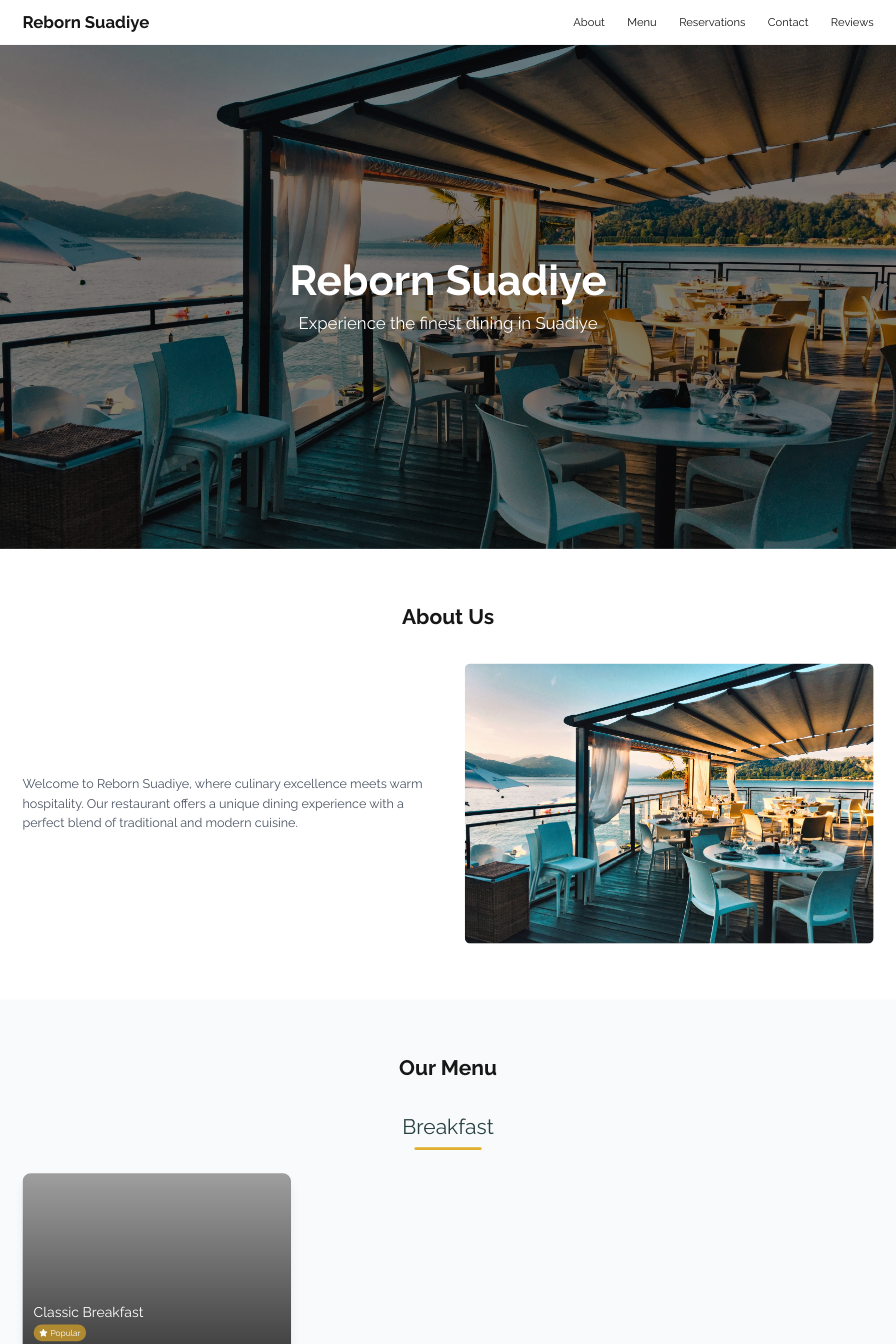
Repository: burakdemirrr/restaurant-website
Page: /
An editor plug-in stored every save of this project. The page is shown before and after the next save, followed by the edit.
The browser window is 1280 px wide. The pictures show the part of the page from y = 0 to 1920 px (the page is 5336 px tall before and 5489 px after), at 70% of full size.
Pictures or frames that could not be fetched are drawn as grey boxes. The page's requests for data from a server got no answer. The project was rebuilt for these pictures with package versions that can differ from the ones it lists, and the page was loaded fresh each time. The framework's server and built-in components were replaced by stand-ins that run in the browser. No one was signed in, and anything a server would have sent is missing. Also part of the build but not shown: next.config.ts.

Above is the page before, as saved 2025-01-06 14:45:18.

### src/app/layout.tsx
import type { Metadata } from "next";
import { Cormorant_Garamond, Raleway } from "next/font/google";
import "./globals.css";
import MobileNav from "@/components/MobileNav";

const cormorant = Cormorant_Garamond({
  subsets: ["latin"],
  variable: '--font-display',
  display: 'swap',
  weight: ['300', '400', '500', '600', '700'],
});

const raleway = Raleway({
  subsets: ["latin"],
  variable: '--font-sans',
  display: 'swap',
  weight: ['300', '400', '500', '600', '700'],
});

export const metadata: Metadata = {
  title: "Reborn Suadiye - Restaurant & Cafe",
  description: "Experience the finest dining at Reborn Suadiye. Make your reservations online and enjoy our delicious menu.",
};

export default function RootLayout({
  children,
}: {
  children: React.ReactNode
}) {
  return (
    <html lang="en" className={`scroll-smooth ${cormorant.variable} ${raleway.variable}`}>
      <body className={`${raleway.className} antialiased`}>
        <nav className="fixed top-0 w-full bg-white/90 backdrop-blur-sm z-50 shadow-sm transition-all duration-500 hover:bg-white">
          <div className="max-w-7xl mx-auto px-4 sm:px-6 lg:px-8">
            <div className="flex justify-between h-16">
              <div className="flex items-center">
                <a href="/" className="text-2xl font-bold font-display hover:text-gold-500 transition-all duration-300 hover:scale-105">
                  Reborn Suadiye
                </a>
              </div>
              <div className="hidden sm:flex sm:items-center sm:space-x-8">
                <a href="#about" className="hover:text-gold-500 transition-all duration-300 hover:-translate-y-1">About</a>
                <a href="#menu" className="hover:text-gold-500 transition-all duration-300 hover:-translate-y-1">Menu</a>
                <a href="#reservations" className="hover:text-gold-500 transition-all duration-300 hover:-translate-y-1">Reservations</a>
                <a href="#contact" className="hover:text-gold-500 transition-all duration-300 hover:-translate-y-1">Contact</a>
                <a href="#reviews" className="hover:text-gold-500 transition-all duration-300 hover:-translate-y-1">Reviews</a>
              </div>
              <MobileNav />
            </div>
          </div>
        </nav>
        <main className="pt-16">
          {children}
        </main>
        <footer className="bg-primary-900 text-white py-12">
          <div className="max-w-7xl mx-auto px-4 sm:px-6 lg:px-8">
            <div className="flex flex-col md:flex-row justify-between items-center">
              <div className="mb-8 md:mb-0 text-center md:text-left">
                <h3 className="text-3xl font-bold font-display mb-2">Reborn Suadiye</h3>
                <p className="text-primary-200 font-light">Experience the finest dining</p>
              </div>
              <div className="flex space-x-8">
                <a
                  href="https://instagram.com/reborn.suadiye"
                  target="_blank"
                  rel="noopener noreferrer"
                  className="text-primary-200 hover:text-gold-300 transition-all duration-300 hover:-translate-y-1"
                >
                  Instagram
                </a>
                <a
                  href="#contact"
                  className="text-primary-200 hover:text-gold-300 transition-all duration-300 hover:-translate-y-1"
                >
                  Contact
                </a>
              </div>
            </div>
          </div>
        </footer>
      </body>
    </html>
  );
}

### src/components/MobileNav.tsx
'use client'

import React, { useState } from 'react'
import { FaBars, FaTimes } from 'react-icons/fa'

export default function MobileNav() {
  const [isOpen, setIsOpen] = useState(false)

  const toggleMenu = () => {
    setIsOpen(!isOpen)
  }

  return (
    <div className="sm:hidden">
      <button
        onClick={toggleMenu}
        className="p-2 text-gray-600 hover:text-gray-900 focus:outline-none"
      >
        {isOpen ? <FaTimes size={24} /> : <FaBars size={24} />}
      </button>

      {isOpen && (
        <div className="absolute top-16 left-0 right-0 bg-white shadow-lg py-2">
          <a
            href="#about"
            className="block px-4 py-2 text-gray-800 hover:bg-gray-100"
            onClick={toggleMenu}
          >
            About
          </a>
          <a
            href="#menu"
            className="block px-4 py-2 text-gray-800 hover:bg-gray-100"
            onClick={toggleMenu}
          >
            Menu
          </a>
          <a
            href="#reservations"
            className="block px-4 py-2 text-gray-800 hover:bg-gray-100"
            onClick={toggleMenu}
          >
            Reservations
          </a>
          <a
            href="#contact"
            className="block px-4 py-2 text-gray-800 hover:bg-gray-100"
            onClick={toggleMenu}
          >
            Contact
          </a>
          <a
            href="#reviews"
            className="block px-4 py-2 text-gray-800 hover:bg-gray-100"
            onClick={toggleMenu}
          >
            Reviews
          </a>
        </div>
      )}
    </div>
  )
}

### src/components/Menu.tsx
import React from 'react'
import Image from 'next/image'
import { FaLeaf, FaFire, FaStar } from 'react-icons/fa'

interface MenuItem {
  id: number
  name: string
  description: string
  price: string
  category: string
  image: string
  isSpicy?: boolean
  isVegetarian?: boolean
  isPopular?: boolean
}

const menuItems: MenuItem[] = [
  {
    id: 1,
    name: 'Classic Breakfast',
    description: 'Eggs, bacon, toast, and potatoes',
    price: '₺150',
    category: 'Breakfast',
    image: '/menu/breakfast.jpg',
    isPopular: true
  },
  {
    id: 2,
    name: 'Grilled Salmon',
    description: 'Fresh salmon with seasonal vegetables',
    price: '₺450',
    category: 'Main Course',
    image: '/menu/salmon.jpg',
    isPopular: true
  },
  {
    id: 3,
    name: 'Caesar Salad',
    description: 'Romaine lettuce, croutons, parmesan cheese',
    price: '₺180',
    category: 'Salads',
    image: '/menu/salad.jpg',
    isVegetarian: true
  },
  // Add more menu items as needed
]

const categories = Array.from(new Set(menuItems.map(item => item.category)))

export default function Menu() {
  return (
    <div className="w-full">
      {categories.map((category, categoryIndex) => (
        <div
          key={category}
          className="mb-16 animate-fade-in"
          style={{ animationDelay: `${categoryIndex * 0.3}s` }}
        >
          <h3 className="text-3xl font-display text-center text-primary-800 mb-12 relative">
            <span className="relative">
              {category}
              <div className="absolute -bottom-4 left-1/2 transform -translate-x-1/2 w-24 h-1 bg-gold-400 rounded-full" />
            </span>
          </h3>
          <div className="grid grid-cols-1 md:grid-cols-2 lg:grid-cols-3 gap-8">
            {menuItems
              .filter(item => item.category === category)
              .map((item, index) => (
                <div
                  key={item.id}
                  className="group bg-white rounded-xl shadow-lg overflow-hidden hover:shadow-xl transition-all duration-500 transform hover:-translate-y-2 animate-scale-up"
                  style={{ animationDelay: `${(categoryIndex * 0.3) + (index * 0.15)}s` }}
                >
                  <div className="relative h-64">
                    <Image
                      src={item.image}
                      alt={item.name}
                      fill
                      className="object-cover transition-transform duration-500 group-hover:scale-110"
                    />
                    <div className="absolute inset-0 bg-gradient-to-t from-black/60 to-transparent" />
                    <div className="absolute bottom-4 left-4 right-4">
                      <h4 className="text-xl font-display text-white mb-1">{item.name}</h4>
                      <div className="flex items-center space-x-2">
                        {item.isVegetarian && (
                          <span className="bg-green-500/80 text-white text-xs px-2 py-1 rounded-full flex items-center">
                            <FaLeaf className="mr-1" /> Vegetarian
                          </span>
                        )}
                        {item.isSpicy && (
                          <span className="bg-red-500/80 text-white text-xs px-2 py-1 rounded-full flex items-center">
                            <FaFire className="mr-1" /> Spicy
                          </span>
                        )}
                        {item.isPopular && (
                          <span className="bg-gold-500/80 text-white text-xs px-2 py-1 rounded-full flex items-center">
                            <FaStar className="mr-1" /> Popular
                          </span>
                        )}
                      </div>
                    </div>
                  </div>
                  <div className="p-6">
                    <p className="text-gray-600 mb-4">{item.description}</p>
                    <div className="flex justify-between items-center">
                      <span className="text-2xl font-display text-primary-800">{item.price}</span>
                      <button className="bg-gold-500 text-white px-4 py-2 rounded-lg transform transition-transform hover:scale-105 active:scale-95">
                        Order Now
                      </button>
                    </div>
                  </div>
                </div>
              ))}
          </div>
        </div>
      ))}
    </div>
  )
}

### src/components/GoogleReviews.tsx
import React from 'react'
import { FaStar, FaStarHalf } from 'react-icons/fa'

interface Review {
  id: number
  author: string
  rating: number
  text: string
  date: string
}

const reviews: Review[] = [
  {
    id: 1,
    author: 'Ahmet Y.',
    rating: 5,
    text: 'Harika bir mekan! Kahvaltısı özellikle muhteşem. Servis ve ambiyans da çok iyi.',
    date: '2024-01-01'
  },
  {
    id: 2,
    author: 'Ayşe K.',
    rating: 4.5,
    text: 'Bağdat Caddesinin en iyi restoranlarından biri. Levrek çok lezzetliydi.',
    date: '2023-12-25'
  },
  {
    id: 3,
    author: 'Mehmet S.',
    rating: 5,
    text: 'Künefesi için bile gidilir. Servis hızlı ve personel çok ilgili.',
    date: '2023-12-20'
  }
]

function RatingStars({ rating }: { rating: number }) {
  const fullStars = Math.floor(rating)
  const hasHalfStar = rating % 1 !== 0

  return (
    <div className="flex text-gold-400">
      {[...Array(fullStars)].map((_, i) => (
        <FaStar key={i} className="transform hover:scale-125 transition-transform duration-300" />
      ))}
      {hasHalfStar && <FaStarHalf className="transform hover:scale-125 transition-transform duration-300" />}
    </div>
  )
}

export default function GoogleReviews() {
  return (
    <div className="grid grid-cols-1 md:grid-cols-2 lg:grid-cols-3 gap-8">
      {reviews.map((review, index) => (
        <div
          key={review.id}
          className="bg-white p-8 rounded-lg shadow-lg hover:shadow-xl transition-all duration-500 transform hover:-translate-y-2 animate-scale-up"
          style={{ animationDelay: `${index * 0.2}s` }}
        >
          <div className="flex items-center justify-between mb-6">
            <h3 className="text-xl font-semibold font-display text-primary-900">{review.author}</h3>
            <RatingStars rating={review.rating} />
          </div>
          <div className="relative">
            <p className="text-gray-600 mb-6 line-clamp-3 hover:line-clamp-none transition-all duration-500 text-lg">
              "{review.text}"
            </p>
            <div className="absolute bottom-0 left-0 right-0 h-8 bg-gradient-to-t from-white pointer-events-none" />
          </div>
          <p className="text-sm text-gold-600 font-medium">
            {new Date(review.date).toLocaleDateString('tr-TR', {
              year: 'numeric',
              month: 'long',
              day: 'numeric'
            })}
          </p>
          <div className="absolute top-0 right-0 w-16 h-16 bg-gold-100 rounded-bl-full -z-10 transform rotate-in"
               style={{ animationDelay: `${index * 0.2 + 0.3}s` }} />
        </div>
      ))}
    </div>
  )
}

### tailwind.config.ts
import type { Config } from "tailwindcss";

const config: Config = {
  content: [
    "./src/pages/**/*.{js,ts,jsx,tsx,mdx}",
    "./src/components/**/*.{js,ts,jsx,tsx,mdx}",
    "./src/app/**/*.{js,ts,jsx,tsx,mdx}",
  ],
  theme: {
    extend: {
      colors: {
        primary: {
          50: '#f4f9f9',
          100: '#dcedee',
          200: '#bcd8d9',
          300: '#8ebabb',
          400: '#649798',
          500: '#45787a',
          600: '#366163',
          700: '#2d4f51',
          800: '#284142',
          900: '#233738',
        },
        gold: {
          50: '#fbf7e4',
          100: '#f5ecbb',
          200: '#eed88d',
          300: '#e7c35f',
          400: '#e0af31',
          500: '#c99a2a',
          600: '#9d7720',
          700: '#725618',
          800: '#463510',
          900: '#1b1408',
        }
      },
      fontFamily: {
        display: ['var(--font-playfair)'],
        sans: ['var(--font-montserrat)'],
      },
      animation: {
        'fade-in': 'fadeIn 0.8s ease-out',
        'slide-up': 'slideUp 0.8s ease-out',
        'slide-down': 'slideDown 0.5s ease-out',
        'scale-up': 'scaleUp 0.5s ease-out',
        'bounce-in': 'bounceIn 0.8s cubic-bezier(0.36, 0, 0.66, -0.56)',
        'rotate-in': 'rotateIn 0.8s ease-out',
      },
      keyframes: {
        fadeIn: {
          '0%': { opacity: '0' },
          '100%': { opacity: '1' },
        },
        slideUp: {
          '0%': { transform: 'translateY(30px)', opacity: '0' },
          '100%': { transform: 'translateY(0)', opacity: '1' },
        },
        slideDown: {
          '0%': { transform: 'translateY(-30px)', opacity: '0' },
          '100%': { transform: 'translateY(0)', opacity: '1' },
        },
        scaleUp: {
          '0%': { transform: 'scale(0.8)', opacity: '0' },
          '100%': { transform: 'scale(1)', opacity: '1' },
        },
        bounceIn: {
          '0%': { transform: 'scale(0.3)', opacity: '0' },
          '50%': { transform: 'scale(1.05)' },
          '70%': { transform: 'scale(0.9)' },
          '100%': { transform: 'scale(1)', opacity: '1' },
        },
        rotateIn: {
          '0%': { transform: 'rotate(-180deg) scale(0)', opacity: '0' },
          '100%': { transform: 'rotate(0) scale(1)', opacity: '1' },
        },
      },
    },
  },
  plugins: [
    require('@tailwindcss/forms'),
  ],
};

export default config;

Loaded but not shown: src/app/globals.css (common file); src/components/ReservationForm.tsx (240 lines, source omitted); src/app/page.tsx (119 lines, source omitted)

After the next save:
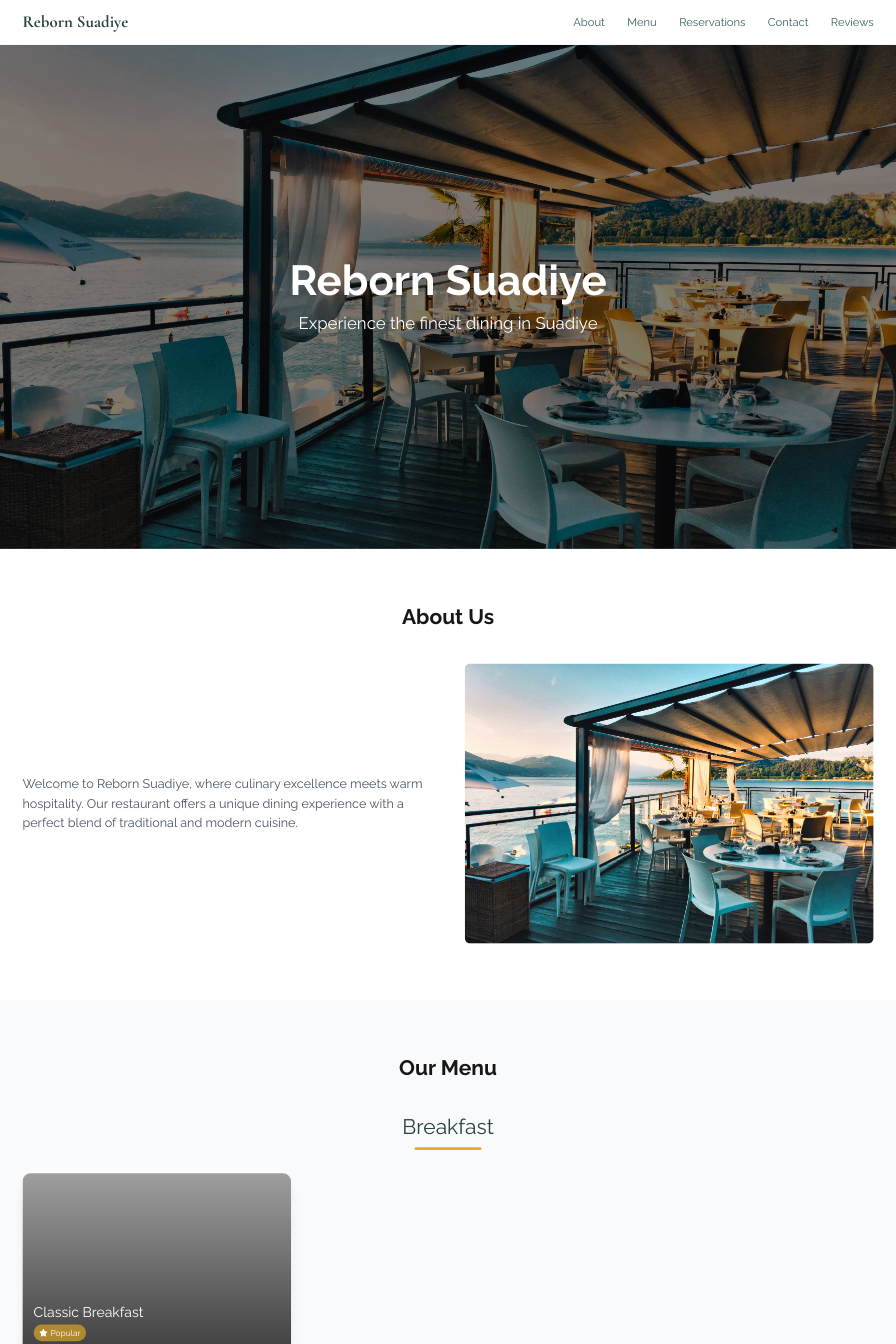
Saved 23 s later.
--- a/src/app/layout.tsx
+++ b/src/app/layout.tsx
@@ -7,14 +7,12 @@ const cormorant = Cormorant_Garamond({
   subsets: ["latin"],
   variable: '--font-display',
   display: 'swap',
-  weight: ['300', '400', '500', '600', '700'],
 });
 
 const raleway = Raleway({
   subsets: ["latin"],
   variable: '--font-sans',
   display: 'swap',
-  weight: ['300', '400', '500', '600', '700'],
 });
 
 export const metadata: Metadata = {
@@ -30,20 +28,20 @@ export default function RootLayout({
   return (
     <html lang="en" className={`scroll-smooth ${cormorant.variable} ${raleway.variable}`}>
       <body className={`${raleway.className} antialiased`}>
-        <nav className="fixed top-0 w-full bg-white/90 backdrop-blur-sm z-50 shadow-sm transition-all duration-500 hover:bg-white">
+        <nav className="fixed top-0 w-full bg-white/90 backdrop-blur-sm z-50 shadow-sm transition-all duration-300 hover:bg-white">
           <div className="max-w-7xl mx-auto px-4 sm:px-6 lg:px-8">
             <div className="flex justify-between h-16">
               <div className="flex items-center">
-                <a href="/" className="text-2xl font-bold font-display hover:text-gold-500 transition-all duration-300 hover:scale-105">
+                <a href="/" className={`text-2xl font-bold text-primary-800 ${cormorant.className}`}>
                   Reborn Suadiye
                 </a>
               </div>
               <div className="hidden sm:flex sm:items-center sm:space-x-8">
-                <a href="#about" className="hover:text-gold-500 transition-all duration-300 hover:-translate-y-1">About</a>
-                <a href="#menu" className="hover:text-gold-500 transition-all duration-300 hover:-translate-y-1">Menu</a>
-                <a href="#reservations" className="hover:text-gold-500 transition-all duration-300 hover:-translate-y-1">Reservations</a>
-                <a href="#contact" className="hover:text-gold-500 transition-all duration-300 hover:-translate-y-1">Contact</a>
-                <a href="#reviews" className="hover:text-gold-500 transition-all duration-300 hover:-translate-y-1">Reviews</a>
+                <a href="#about" className="text-primary-600 hover:text-primary-800 transition-colors">About</a>
+                <a href="#menu" className="text-primary-600 hover:text-primary-800 transition-colors">Menu</a>
+                <a href="#reservations" className="text-primary-600 hover:text-primary-800 transition-colors">Reservations</a>
+                <a href="#contact" className="text-primary-600 hover:text-primary-800 transition-colors">Contact</a>
+                <a href="#reviews" className="text-primary-600 hover:text-primary-800 transition-colors">Reviews</a>
               </div>
               <MobileNav />
             </div>
@@ -54,27 +52,31 @@ export default function RootLayout({
         </main>
         <footer className="bg-primary-900 text-white py-12">
           <div className="max-w-7xl mx-auto px-4 sm:px-6 lg:px-8">
-            <div className="flex flex-col md:flex-row justify-between items-center">
-              <div className="mb-8 md:mb-0 text-center md:text-left">
-                <h3 className="text-3xl font-bold font-display mb-2">Reborn Suadiye</h3>
-                <p className="text-primary-200 font-light">Experience the finest dining</p>
+            <div className="grid md:grid-cols-3 gap-12">
+              <div>
+                <h3 className={`text-2xl font-bold mb-4 ${cormorant.className}`}>Reborn Suadiye</h3>
+                <p className="text-primary-200">Experience the finest dining</p>
               </div>
-              <div className="flex space-x-8">
+              <div>
+                <h4 className="text-lg font-semibold mb-4">Contact</h4>
+                <p className="text-primary-200">Phone: [Your Phone]</p>
+                <p className="text-primary-200">Email: [Your Email]</p>
+                <p className="text-primary-200">Address: Suadiye, Istanbul</p>
+              </div>
+              <div>
+                <h4 className="text-lg font-semibold mb-4">Follow Us</h4>
                 <a
                   href="https://instagram.com/reborn.suadiye"
                   target="_blank"
                   rel="noopener noreferrer"
-                  className="text-primary-200 hover:text-gold-300 transition-all duration-300 hover:-translate-y-1"
+                  className="text-primary-200 hover:text-white transition-colors"
                 >
                   Instagram
                 </a>
-                <a
-                  href="#contact"
-                  className="text-primary-200 hover:text-gold-300 transition-all duration-300 hover:-translate-y-1"
-                >
-                  Contact
-                </a>
               </div>
+            </div>
+            <div className="mt-12 pt-8 border-t border-primary-800 text-center text-primary-300">
+              <p>&copy; {new Date().getFullYear()} Reborn Suadiye. All rights reserved.</p>
             </div>
           </div>
         </footer>
